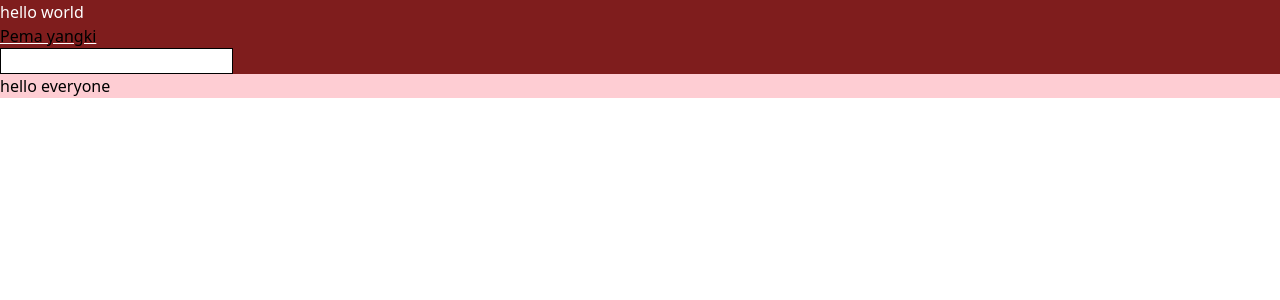
Repository: Pema-yangki/Css
Page: tailwind.html
An editor plug-in stored every save of this project. The page is shown before and after a run of saves, followed by the edit.
The browser window is 1280 px wide. The pictures show the whole page.
Some web libraries are served in a nearby version.

Above is the page before, as saved 2024-04-12 10:34:14.

After the next 7 saves:
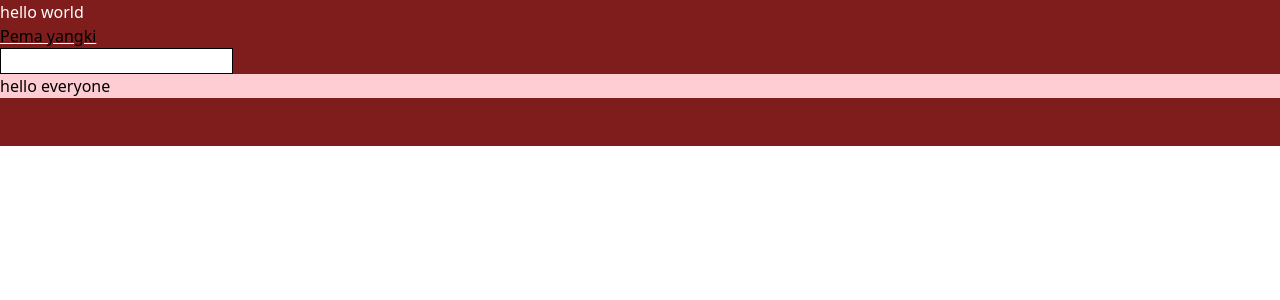
The 7 saves are shown as one change because they came seconds apart.
The last was saved 53 s later.
--- a/tailwind.html
+++ b/tailwind.html
@@ -12,7 +12,8 @@
         <h1 class="underline decoration-white">Pema yangki</h1>
         <input type="text" class="border border-black">
 
-        <p class="bg-rose-200">hello everyone</p>
+        <p class="bg-rose-200">hello everyone</p><br>
+        <button
     </div>
 
 </body>
